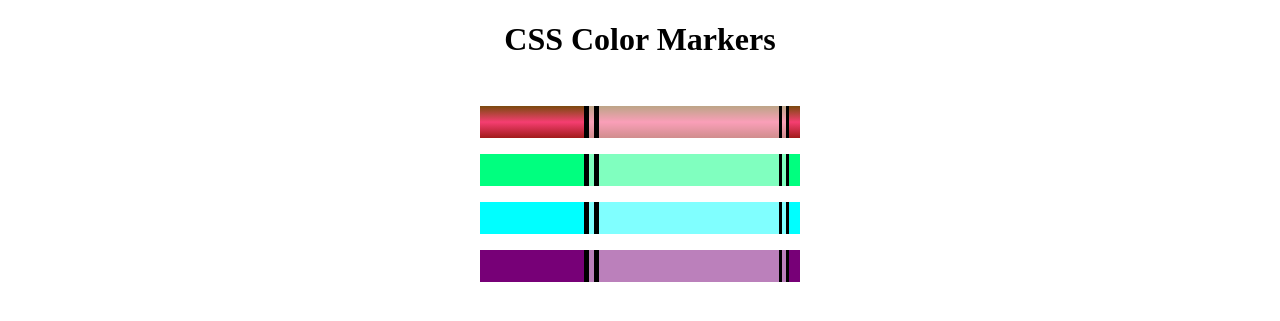
Repository: Lungdjos/color_markers
Page: index.html
An editor plug-in stored every save of this project. The page is shown before and after the next save, followed by the edit.
The browser window is 1280 px wide. The pictures show the whole page.

Above is the page before, as saved 2023-09-28 11:01:27.

After the next save:
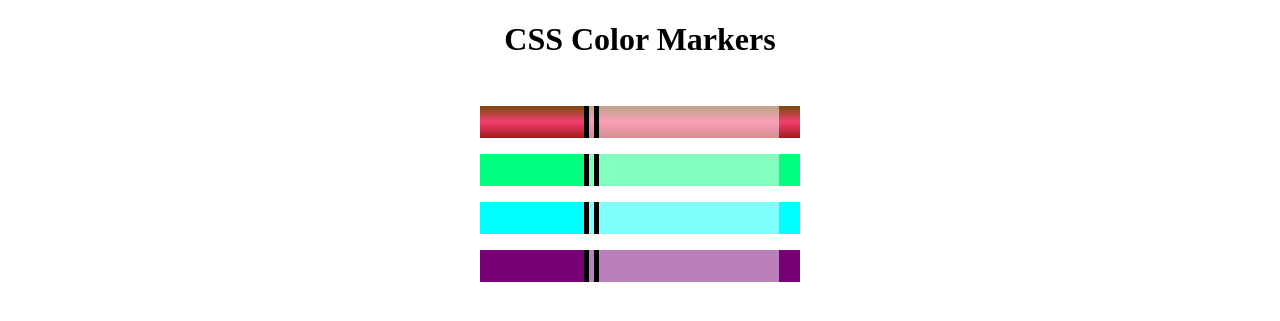
Saved 18 min 25 s later.
--- a/styles.css
+++ b/styles.css
@@ -38,7 +38,7 @@
     height: 32px;
     background-color: rgba(255, 255, 255, 0.5);
     border-left: 15px double black;
-    border-right: 10px double black;
+    border-right: 10px black;
 }
 
 .cap {

After the 5 saves that followed:
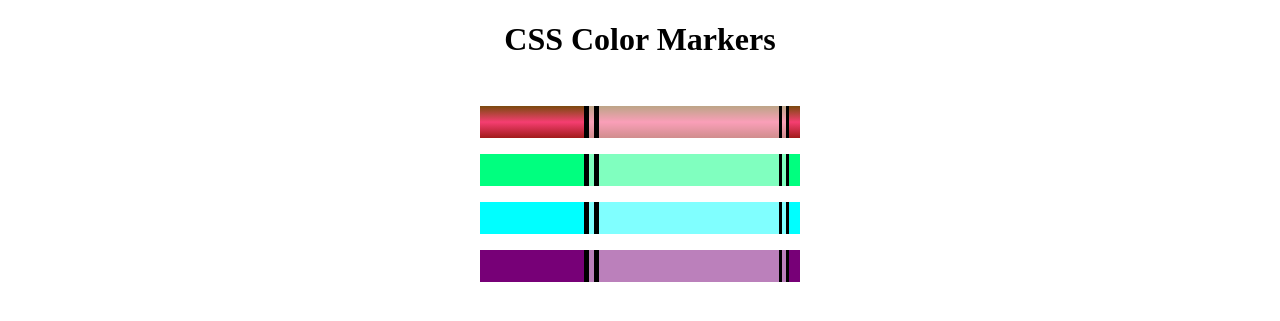
The 5 saves are shown as one change because 2 left the picture as it was and some came seconds apart.
The last was saved 30 s later.
--- a/styles.css
+++ b/styles.css
@@ -38,7 +38,7 @@
     height: 32px;
     background-color: rgba(255, 255, 255, 0.5);
     border-left: 15px double black;
-    border-right: 10px black;
+    border-right: 10px double black;
 }
 
 .cap {
